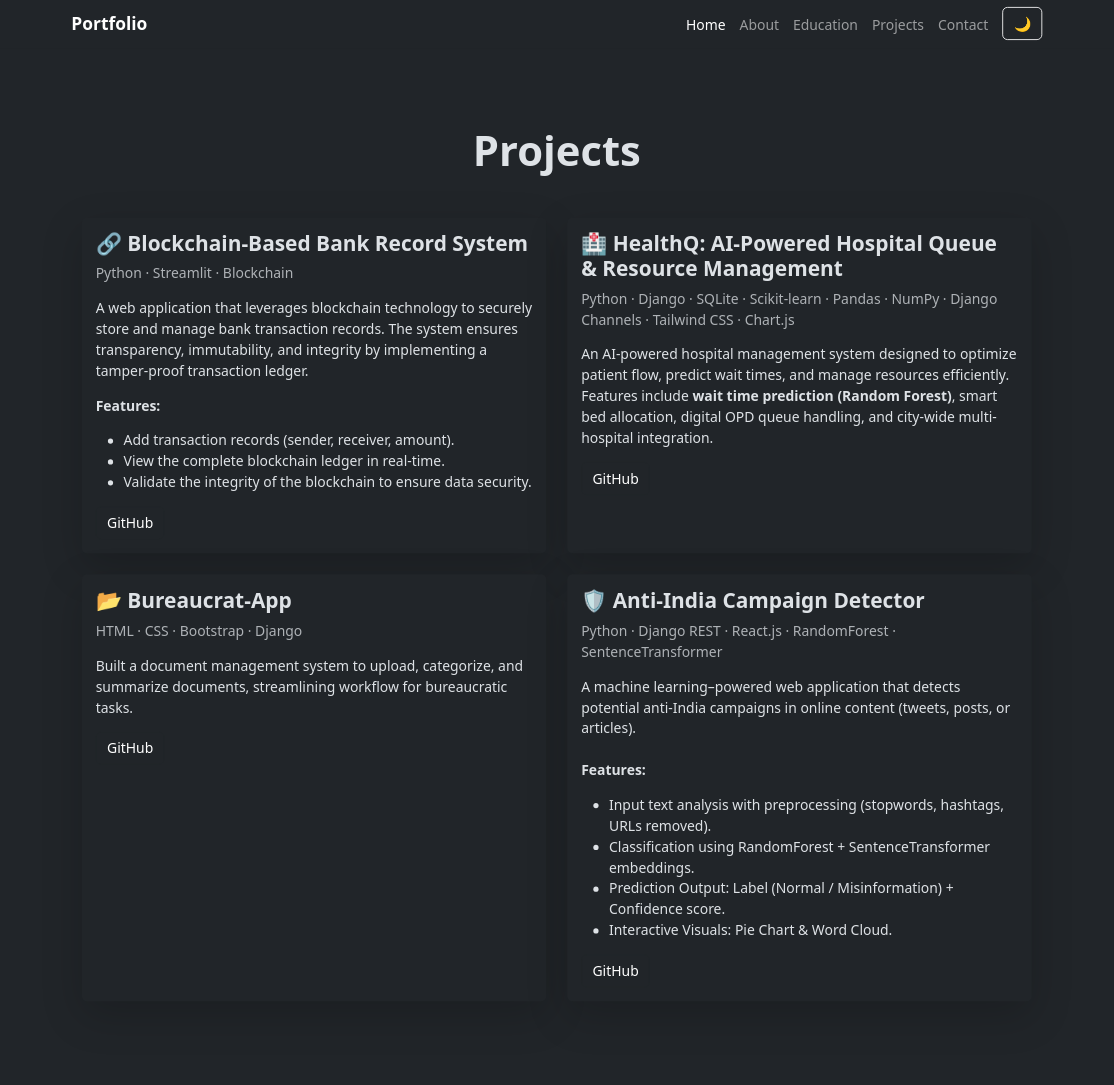
Repository: Shreyasaraf01/shreya-portfolio
Page: http://localhost/projects/
An editor plug-in stored every save of this project. The page is shown before and after the next save, followed by the edit.
The browser window is 1280 px wide. The pictures show the whole page, at 87% of full size.
The page is served by the project's application, run on Django 5.2 (manage.py). Other server files are loaded and not shown.

Above is the page before, as saved 2025-09-13 22:37:30.

### main/templates/main/projects.html
{% extends "base.html" %}
{% load static %}

{% block content %}
<div class="container py-5">
  <h2 class="display-5 fw-bold text-center mb-5">Projects</h2>

  <div class="row g-4">

    <!-- Blockchain-Based Bank Record System -->
<div class="col-md-6">
  <div class="card h-100 shadow-lg border-0">
    <div class="card-body">
      <h4 class="card-title fw-bold">🔗 Blockchain-Based Bank Record System</h4>
      <p class="text-muted">Python · Streamlit · Blockchain</p>
      <p>
        A web application that leverages blockchain technology to securely store and manage bank transaction records.
        The system ensures transparency, immutability, and integrity by implementing a tamper-proof transaction ledger.
      </p>
      <p>
        <strong>Features:</strong>
        <ul>
          <li>Add transaction records (sender, receiver, amount).</li>
          <li>View the complete blockchain ledger in real-time.</li>
          <li>Validate the integrity of the blockchain to ensure data security.</li>
        </ul>
      </p>
      <a href="https://github.com/yourusername/blockchain-bank" target="_blank" class="btn btn-dark">GitHub</a>
    </div>
  </div>
</div>


    <!-- HealthQ -->
    <div class="col-md-6">
      <div class="card h-100 shadow-lg border-0">
        <div class="card-body">
          <h4 class="card-title fw-bold">🏥 HealthQ: AI-Powered Hospital Queue & Resource Management</h4>
          <p class="text-muted">Python · Django · SQLite · Scikit-learn · Pandas · NumPy · Django Channels · Tailwind CSS · Chart.js</p>
          <p>
            An AI-powered hospital management system designed to optimize patient flow, predict wait times, and manage resources efficiently.
            Features include <strong>wait time prediction (Random Forest)</strong>, smart bed allocation, digital OPD queue handling, and city-wide multi-hospital integration.
          </p>
          <a href="https://github.com/yourusername/healthq" target="_blank" class="btn btn-dark">GitHub</a>
        </div>
      </div>
    </div>

    <!-- Bureaucrat-App -->
    <div class="col-md-6">
      <div class="card h-100 shadow-lg border-0">
        <div class="card-body">
          <h4 class="card-title fw-bold">📂 Bureaucrat-App</h4>
          <p class="text-muted">HTML · CSS · Bootstrap · Django</p>
          <p>
            Built a document management system to upload, categorize, and summarize documents, streamlining workflow for bureaucratic tasks.
          </p>
          <a href="https://github.com/yourusername/bureaucrat-app" target="_blank" class="btn btn-dark">GitHub</a>
        </div>
      </div>
    </div>

    <!-- Anti-India Campaign Detector -->
    <div class="col-md-6">
      <div class="card h-100 shadow-lg border-0">
        <div class="card-body">
          <h4 class="card-title fw-bold">🛡️ Anti-India Campaign Detector</h4>
          <p class="text-muted">Python · Django REST · React.js · RandomForest · SentenceTransformer</p>
          <p>
            A machine learning–powered web application that detects potential anti-India campaigns in online content (tweets, posts, or articles).
            <br><br>
            <strong>Features:</strong>
            <ul>
              <li>Input text analysis with preprocessing (stopwords, hashtags, URLs removed).</li>
              <li>Classification using RandomForest + SentenceTransformer embeddings.</li>
              <li>Prediction Output: Label (Normal / Misinformation) + Confidence score.</li>
              <li>Interactive Visuals: Pie Chart & Word Cloud.</li>
            </ul>
          </p>
          <a href="https://github.com/yourusername/anti-india-detector" target="_blank" class="btn btn-dark">GitHub</a>
        </div>
      </div>
    </div>

  </div>
</div>
{% endblock %}

### main/templates/base.html
<!DOCTYPE html>
<html lang="en" data-bs-theme="dark">
<head>
  <meta charset="UTF-8">
  <title>Portfolio</title>
  {% load static %}
  <link href="https://cdn.jsdelivr.net/npm/bootstrap@5.3.3/dist/css/bootstrap.min.css" rel="stylesheet">
  <script src="{% static 'js/theme.js' %}" defer></script>
</head>
<body>
  <!-- Navbar -->
  <nav class="navbar navbar-expand-lg navbar-dark bg-dark fixed-top">
    <div class="container">
      <a class="navbar-brand fw-bold" href="/">Portfolio</a>
      <button class="navbar-toggler" type="button" data-bs-toggle="collapse" data-bs-target="#navbarNav" aria-controls="navbarNav" aria-expanded="false" aria-label="Toggle navigation">
        <span class="navbar-toggler-icon"></span>
      </button>
      <div class="collapse navbar-collapse" id="navbarNav">
        <ul class="navbar-nav ms-auto">
          <li class="nav-item"><a class="nav-link active" href="/">Home</a></li>
          <li class="nav-item"><a class="nav-link" href="/about/">About</a></li>
          <li class="nav-item"><a class="nav-link" href="/education/">Education</a></li>
          <li class="nav-item"><a class="nav-link" href="/projects/">Projects</a></li>
          <li class="nav-item"><a class="nav-link" href="/contact/">Contact</a></li>
          <li class="nav-item">
            <button class="btn btn-outline-light ms-2" id="theme-toggle">🌙</button>
          </li>
        </ul>
      </div>
    </div>
  </nav>

  <!-- Main Content Container -->
  <div class="container py-5 mt-5">
    {% block content %}{% endblock %}
  </div>

  <script src="https://cdn.jsdelivr.net/npm/bootstrap@5.3.3/dist/js/bootstrap.bundle.min.js"></script>
</body>
</html>

### main/views.py
from django.shortcuts import render, redirect
from django.core.mail import send_mail
from django.conf import settings

def index(request):
    return render(request, "main/index.html")

def about(request):
    return render(request, "main/about.html")

def education(request):
    return render(request, "main/education.html")

def projects(request):
    return render(request, "main/projects.html")

def contact(request):
    if request.method == "POST":
        name = request.POST.get("name")
        email = request.POST.get("email")
        message = request.POST.get("message")

        send_mail(
            subject=f"Portfolio Contact from {name}",
            message=f"From: {email}\n\n{message}",
            from_email=settings.DEFAULT_FROM_EMAIL,
            recipient_list=[settings.CONTACT_EMAIL],
        )
        return redirect("home")

    return render(request, "main/contact.html")

### shreya_portfolio/urls.py
"""
URL configuration for shreya_portfolio project.

The `urlpatterns` list routes URLs to views. For more information please see:
    https://docs.djangoproject.com/en/5.1/topics/http/urls/
Examples:
Function views
    1. Add an import:  from my_app import views
    2. Add a URL to urlpatterns:  path('', views.home, name='home')
Class-based views
    1. Add an import:  from other_app.views import Home
    2. Add a URL to urlpatterns:  path('', Home.as_view(), name='home')
Including another URLconf
    1. Import the include() function: from django.urls import include, path
    2. Add a URL to urlpatterns:  path('blog/', include('blog.urls'))
"""
from django.contrib import admin
from django.urls import path, include

urlpatterns = [
    path('admin/', admin.site.urls),
    path("", include("main.urls")),
]

### main/urls.py
from django.urls import path
from . import views

urlpatterns = [
    path("", views.index, name="home"),
    path("about/", views.about, name="about"),
    path("education/", views.education, name="education"),
    path("projects/", views.projects, name="projects"),
    path("contact/", views.contact, name="contact"),
]

### main/static/js/theme.js
document.addEventListener("DOMContentLoaded", () => {
  const toggle = document.getElementById("theme-toggle");
  if (!toggle) return;

  toggle.addEventListener("click", () => {
    const html = document.documentElement;
    const current = html.getAttribute("data-bs-theme");
    const next = current === "dark" ? "light" : "dark";
    html.setAttribute("data-bs-theme", next);
    localStorage.setItem("theme", next);
    toggle.textContent = next === "dark" ? "🌙" : "☀️";
  });

  // persist user choice
  const saved = localStorage.getItem("theme");
  if (saved) {
    document.documentElement.setAttribute("data-bs-theme", saved);
    toggle.textContent = saved === "dark" ? "🌙" : "☀️";
  }
});

After the next save:
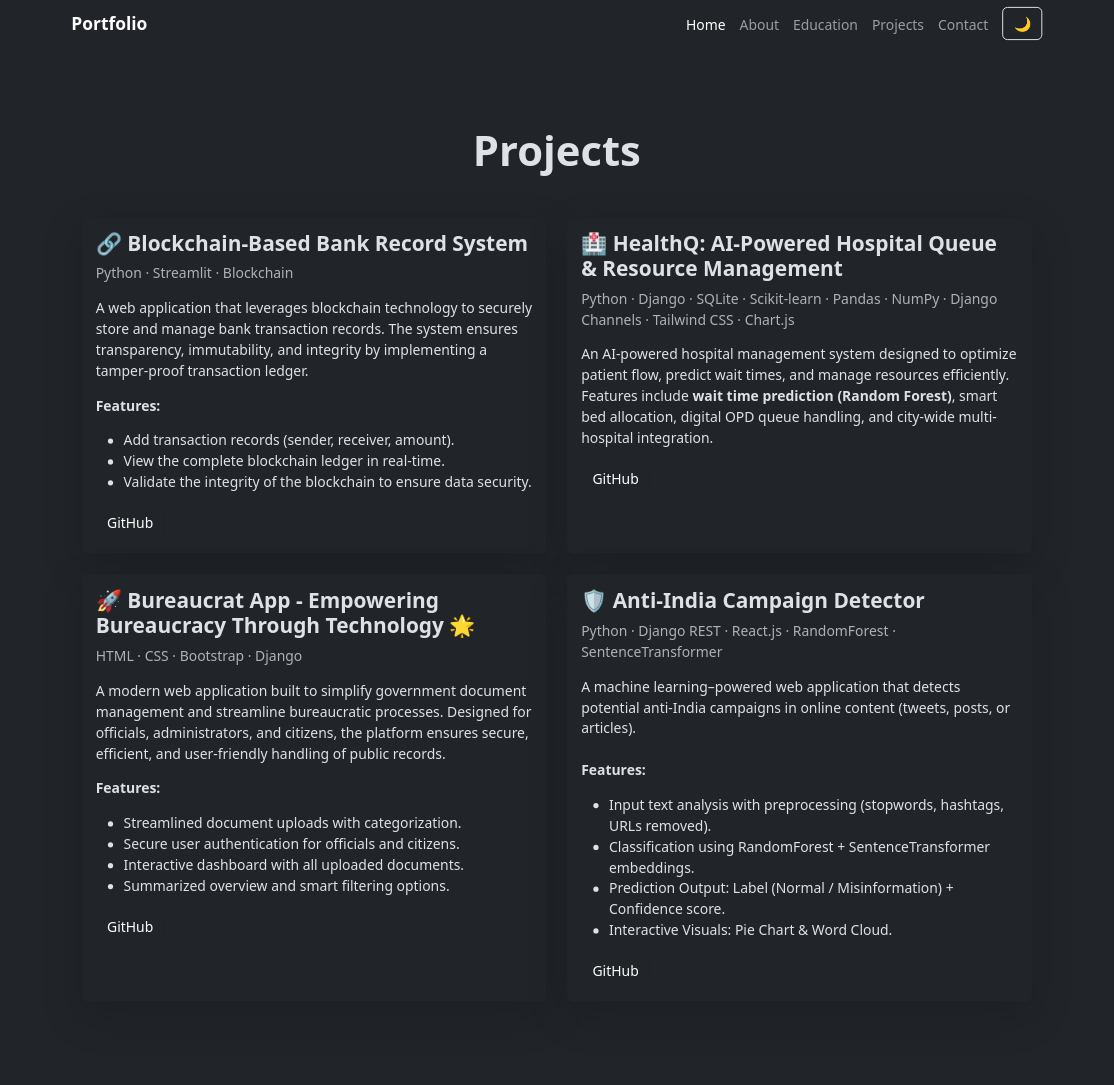
Saved 78 s later.
--- a/main/templates/main/projects.html
+++ b/main/templates/main/projects.html
@@ -46,19 +46,30 @@
       </div>
     </div>
 
-    <!-- Bureaucrat-App -->
-    <div class="col-md-6">
-      <div class="card h-100 shadow-lg border-0">
-        <div class="card-body">
-          <h4 class="card-title fw-bold">📂 Bureaucrat-App</h4>
-          <p class="text-muted">HTML · CSS · Bootstrap · Django</p>
-          <p>
-            Built a document management system to upload, categorize, and summarize documents, streamlining workflow for bureaucratic tasks.
-          </p>
-          <a href="https://github.com/yourusername/bureaucrat-app" target="_blank" class="btn btn-dark">GitHub</a>
-        </div>
-      </div>
+    <!-- Bureaucrat App -->
+<div class="col-md-6">
+  <div class="card h-100 shadow-lg border-0">
+    <div class="card-body">
+      <h4 class="card-title fw-bold">🚀 Bureaucrat App - Empowering Bureaucracy Through Technology 🌟</h4>
+      <p class="text-muted">HTML · CSS · Bootstrap · Django</p>
+      <p>
+        A modern web application built to simplify government document management and streamline bureaucratic processes.
+        Designed for officials, administrators, and citizens, the platform ensures secure, efficient, and user-friendly handling of public records.
+      </p>
+      <p>
+        <strong>Features:</strong>
+        <ul>
+          <li>Streamlined document uploads with categorization.</li>
+          <li>Secure user authentication for officials and citizens.</li>
+          <li>Interactive dashboard with all uploaded documents.</li>
+          <li>Summarized overview and smart filtering options.</li>
+        </ul>
+      </p>
+      <a href="https://github.com/yourusername/bureaucrat-app" target="_blank" class="btn btn-dark">GitHub</a>
     </div>
+  </div>
+</div>
+
 
     <!-- Anti-India Campaign Detector -->
     <div class="col-md-6">
